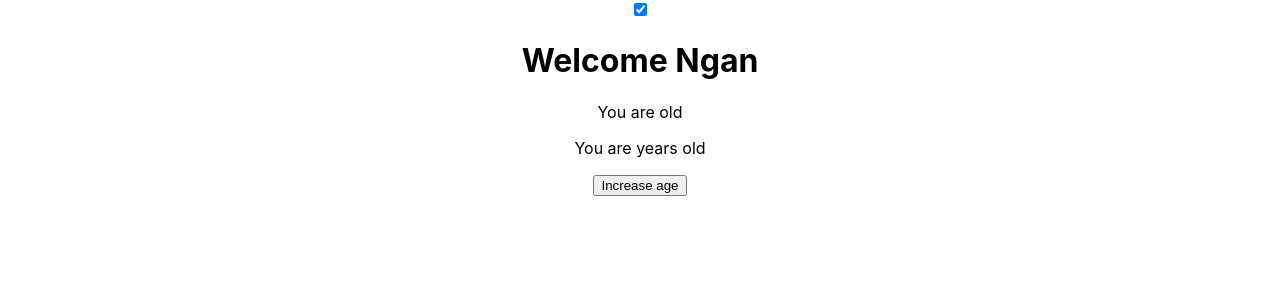
Repository: nguyenthibichngan/learn-react-redux
Page: /
These files come from the project's save history. The page is drawn as it stood at one moment and after the next save; the edit follows.
The browser window is 1280 px wide. The pictures show the whole page.
The project was rebuilt for these pictures with package versions that can differ from the ones it lists, and the page was loaded fresh each time.

Above is the page before, as saved 2023-09-11 14:40:54.

After the next save:
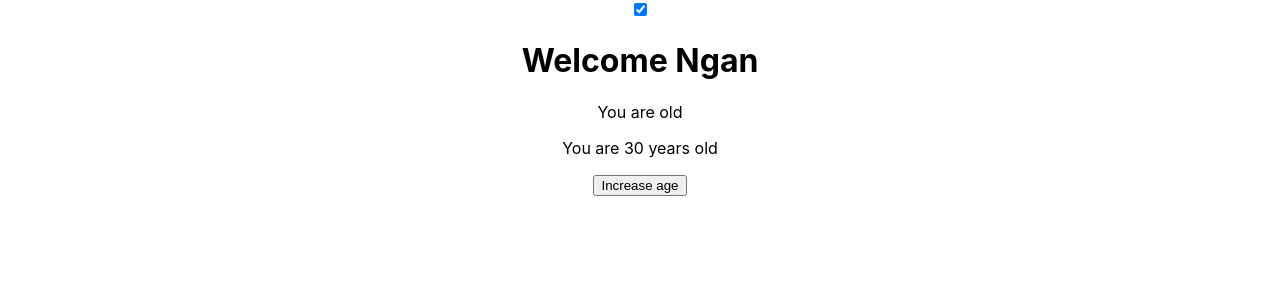
Saved 48 s later.
--- a/src/component/AgeCounter.js
+++ b/src/component/AgeCounter.js
@@ -18,7 +18,7 @@ export function AgeCounter(props) {
     <div>
       {/* <p>You are {age} years old</p> */}
 
-      <AgeDisplay />
+      <AgeDisplay age={age} />
       <button onClick={increaseAge}>Increase age</button>
     </div>
   );
